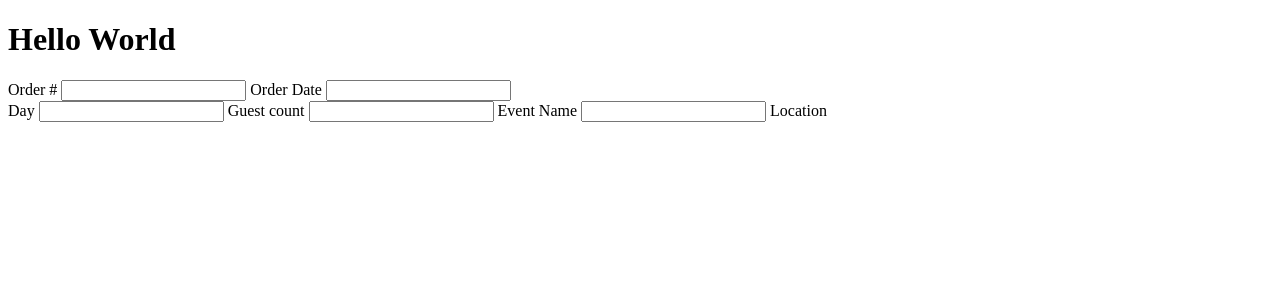
Repository: pmbyrd/rgp-catering
Page: index.html
These files come from the project's save history. The page is drawn as it stood at one moment and after a run of saves; the edit follows.
The browser window is 1280 px wide. The pictures show the whole page.

Above is the page before, as saved 2023-12-04 17:09:57.

After the next 3 saves:
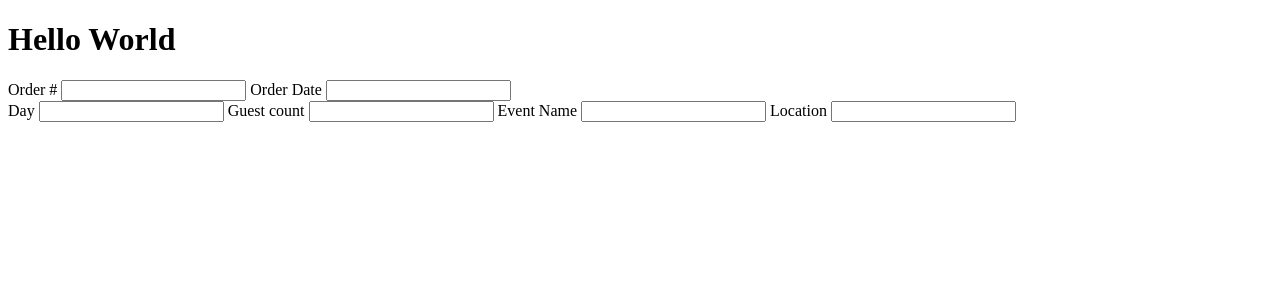
The 3 saves are shown as one change because they came seconds apart.
The last was saved 10 s later.
--- a/index.html
+++ b/index.html
@@ -25,6 +25,7 @@
                 <label for="event-name">Event Name</label>
                 <input type="text" id="event-name">
                 <label for="location">Location</label>
+                <input type="text" id="location">
             </div>
         </div>
     </form>
